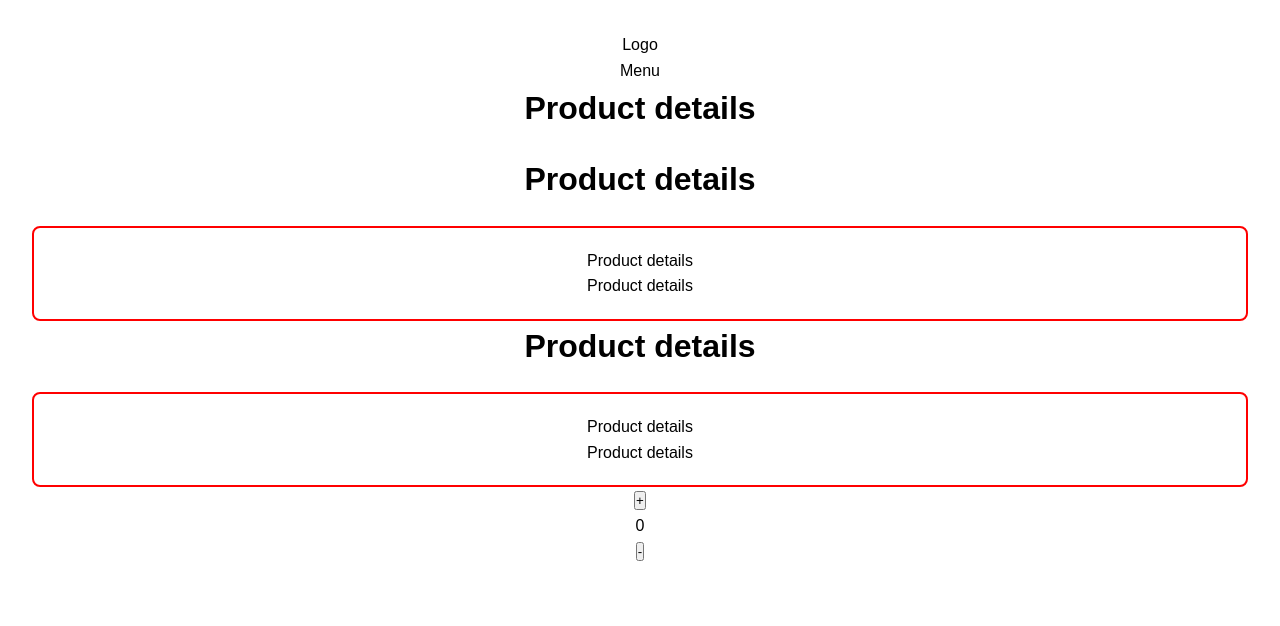
Repository: Manny1294/react-learning
Page: /
These files come from the project's save history. The page is drawn as it stood at one moment and after the next save; the edit follows.
The browser window is 1280 px wide. The pictures show the whole page.
The project was rebuilt for these pictures with package versions that can differ from the ones it lists, and the page was loaded fresh each time. Also part of the build but not shown: vite.config.js.

Above is the page before, as saved 2026-01-27 10:12:50.

After the next save:
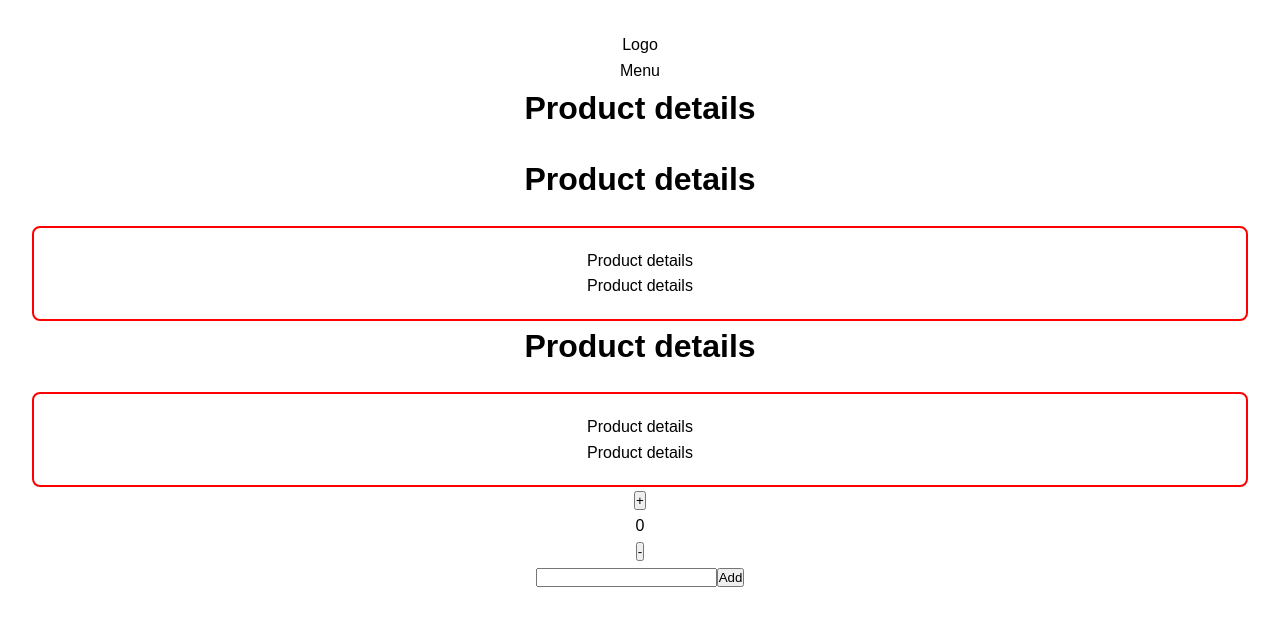
Saved 45 s later.
--- a/src/App.jsx
+++ b/src/App.jsx
@@ -3,6 +3,7 @@ import ProductCard from "./components/ProductCard";
 import NavBar from "./components/NavBar";
 import PerfumeImg from "./assets/perfume.jpg";
 import Counter from "./components/Counter";
+import Todos from "./components/TodoList";
 
 export default function App() {
   const Product = {
@@ -34,6 +35,7 @@ export default function App() {
         description={Product2.description}
       />
       <Counter />
+      <Todos />
     </div>
   );
 }
